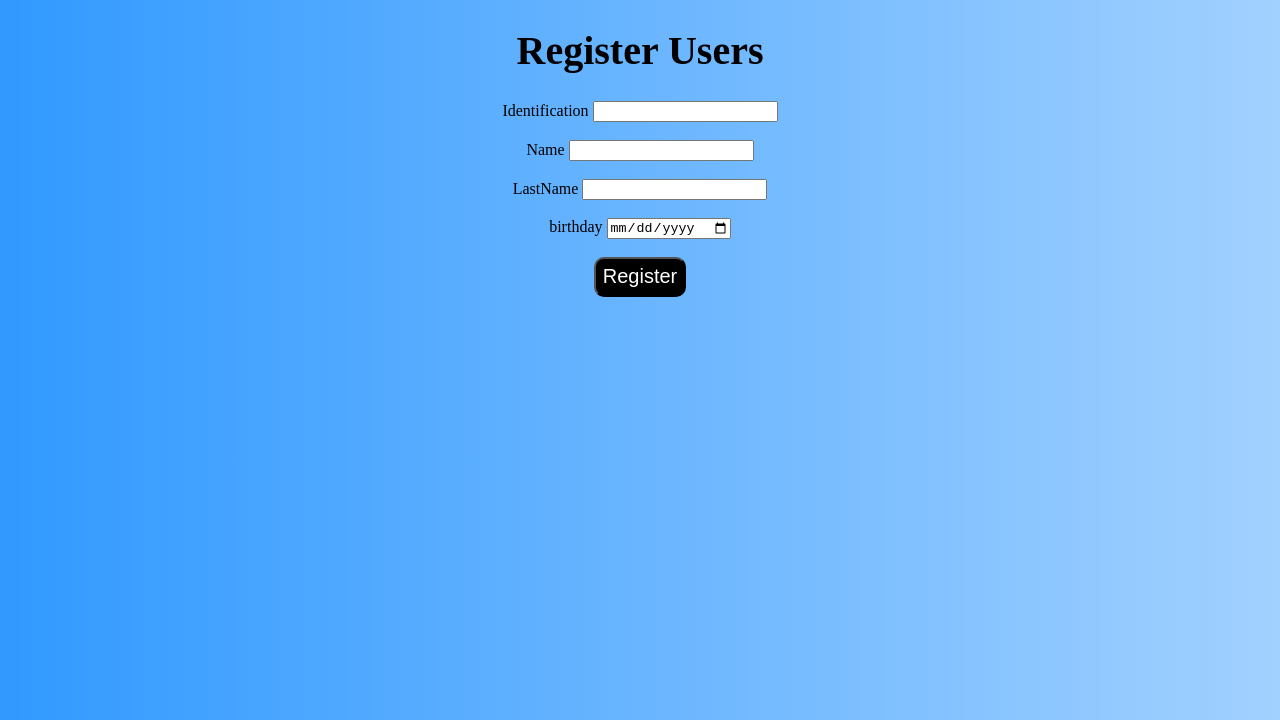
Repository: darubio90/app-tech
Page: http://localhost/
The author's editor kept a record of every edit. The page is drawn from the files as they stood at one moment, then again after the next edit.
The browser window is 1280 px wide. The pictures show the whole page.
The page is served by the project's application, run on Flask 3 (server.py).

Above is the page before.

After the next edit:
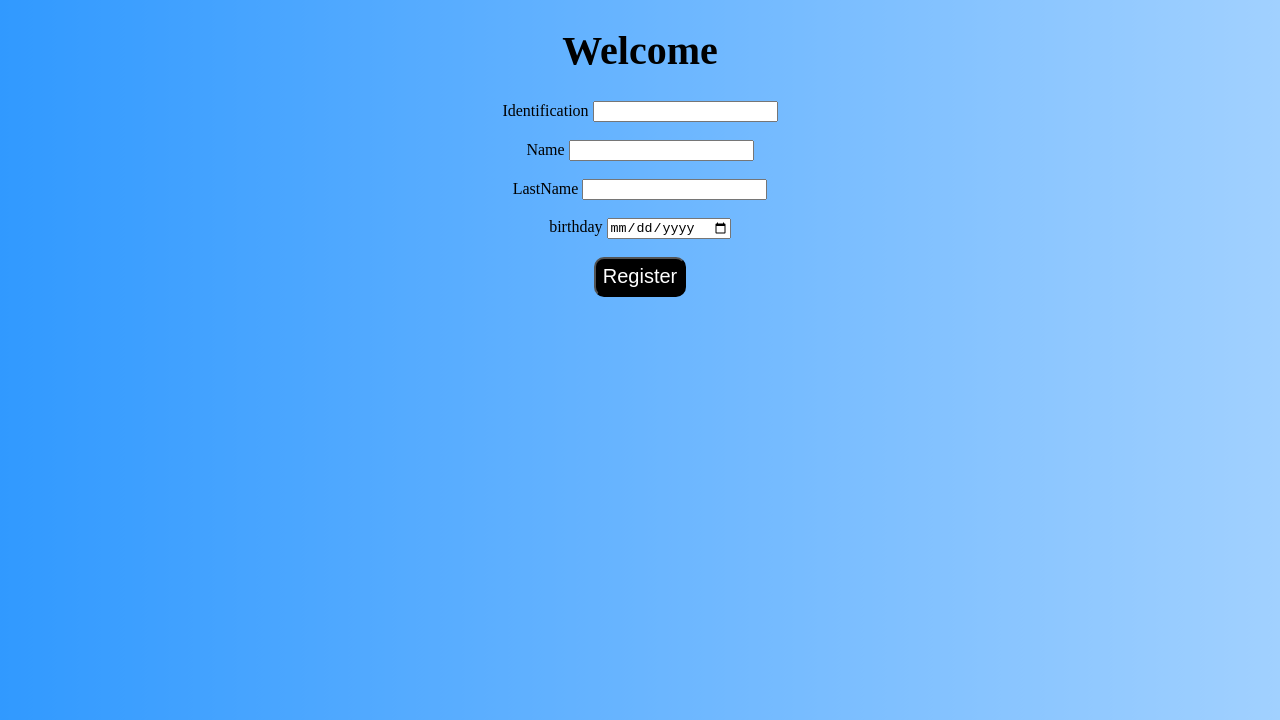
The edit:
--- a/templates/home.html
+++ b/templates/home.html
@@ -7,7 +7,7 @@
         <script src="../static/js/appRegister.js" type="text/javascript" charset="utf-8"></script>
     </head>
     <body>
-        <h1 >Register Users</h1>
+        <h1 >Welcome</h1>
         <form action="/register_user" method="POST">
            <label>Identification</label> <input type="number" name="id" /><br> <br>
            <label>Name</label> <input type="text" name="name" /><br> <br>
